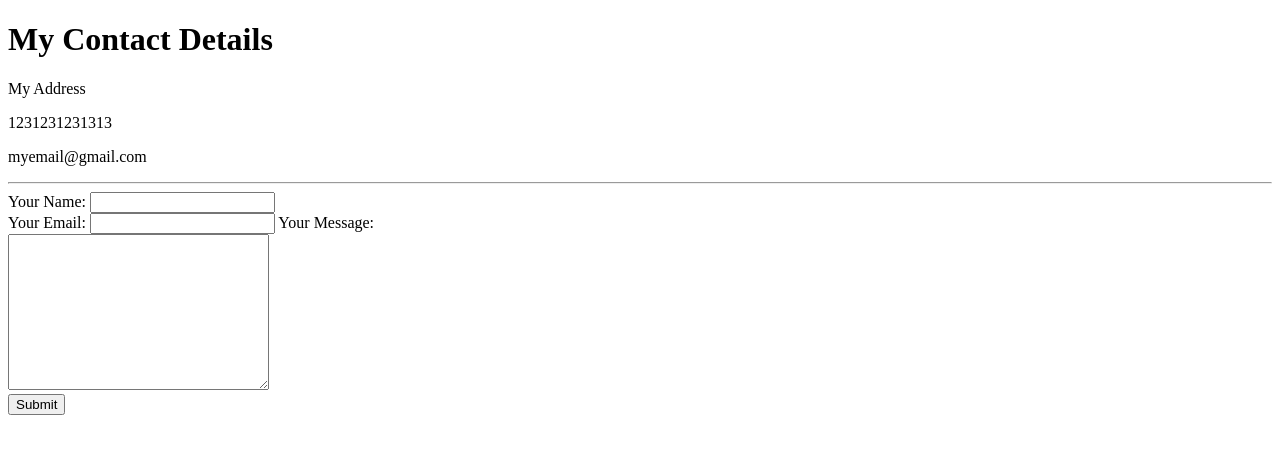
Repository: Isanderr/simple_landing_page-1
Page: contact.html
An editor plug-in stored every save of this project. The page is shown before and after the next save, followed by the edit.
The browser window is 1280 px wide. The pictures show the whole page.

Above is the page before, as saved 2019-01-29 09:49:44.

### contact.html
<!DOCTYPE html>
<html lang="en">

    <head>
        <meta charset="UTF-8">
        <meta name="viewport" content="width=device-width, initial-scale=1.0">
        <meta http-equiv="X-UA-Compatible" content="ie=edge">
        <title>ContactMe</title>
    </head>

    <body>
        <h1>My Contact Details</h1>
        <p>My Address</p>
        <p>1231231231313</p>
        <p>myemail@gmail.com</p>
        <hr>
        <form action="" class="" method="POST">
            <label>Your Name:</label>
            <input type="text"><br>
            <label for="">Your Email:</label>
            <input type="email">
            <label for="">Your Message:</label><br>
            <textarea name="" id="" cols="30" rows="10"></textarea><br>
            <input type="submit">
        </form>
    </body>

</html>

After the next save:
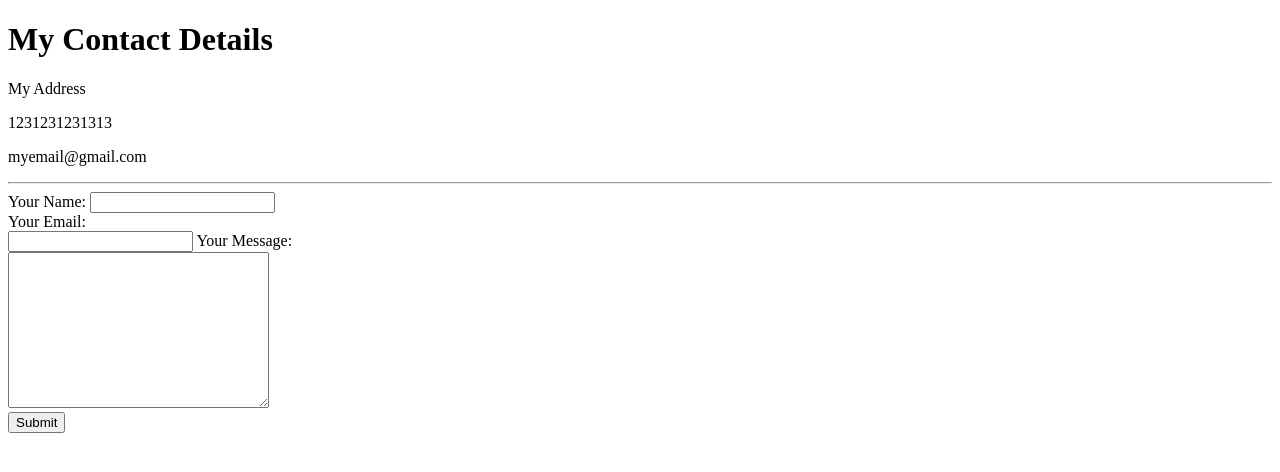
Saved 8 s later.
--- a/contact.html
+++ b/contact.html
@@ -17,7 +17,7 @@
         <form action="" class="" method="POST">
             <label>Your Name:</label>
             <input type="text"><br>
-            <label for="">Your Email:</label>
+            <label for="">Your Email:</label><br>
             <input type="email">
             <label for="">Your Message:</label><br>
             <textarea name="" id="" cols="30" rows="10"></textarea><br>
